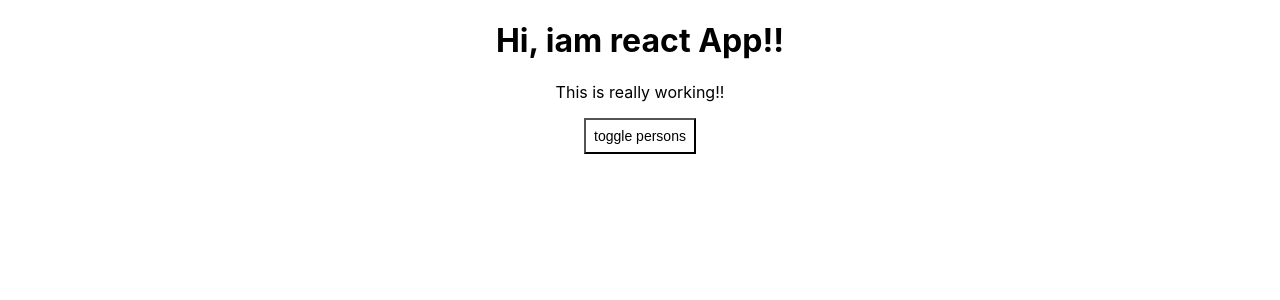
Repository: RohitMalik2/Rohit_react
Page: /
The author's editor kept a copy of each file at every save. The page is drawn from the files as they stood at one save, then again after the next save.
The browser window is 1280 px wide. The pictures show the whole page.
The project was rebuilt for these pictures with package versions that can differ from the ones it lists, and the page was loaded fresh each time. Also part of the build but not shown: src/Person/Person.js.

Above is the page before, as saved 2019-11-27 08:26:26.

### src/App.js
import React, { Component } from 'react';
import logo from './logo.svg';
import './App.css';
import Person from './Person/Person'

class App extends Component {

  state = {
    persons: [
      { id: '1', name: 'Max', age: 28 },
      { id: '11', name: 'Max2', age: 29 },
      { id: '12', name: 'mAX3', age: 30 }
    ],
    otherState: 'some other state',
    showPersons: false
  }

  deletePersonHandler = (index) => {
    const persons = this.state.persons;
    persons.splice(index, 1);
    this.setState({ persons: persons });
  }

  togglePersonsHandler = () => {
    const currentState = this.state.showPersons;
    this.setState({ showPersons: !currentState });
  }

  nameChangedHandler = (event, id) => {
    const personIndex = this.state.persons.findIndex(person => {
      return id === person.id;
    });
    const changedPerson = { ...this.state.persons[personIndex] }; // deep copy or Object.assign({}, this.state.persons[personIndex])
    changedPerson.name = event.target.value;
    const persons = [...this.state.persons];
    persons[personIndex] = changedPerson;
    this.setState({
      persons: persons
    });
  }
  render() {
    const style = {
      fontSize: '14px',
      backgroundColor: 'White',
      border: '1px soild blue',
      padding: '8px'
    };

    let persons = null;
    if (this.state.showPersons) {
      persons = (
        <div>
          {/* iterating through a list of items */}
          {this.state.persons.map((person, index) => {
            return <Person
              click={() => this.deletePersonHandler(index)}
              name={person.name}
              age={person.age}
              key={person.id}
              changed={(event) => this.nameChangedHandler(event, person.id)} />;
          })}

          {/*  <Person
            name={this.state.persons[0].name}
            age={this.state.persons[0].age} />
          <Person
            name={this.state.persons[1].name}
            age={this.state.persons[1].age} />
          <Person
            name={this.state.persons[2].name}
            age={this.state.persons[2].age} /> */}
        </div>
      );
    }
    return (
      <div className="App">
        <h1>Hi, iam react App!!</h1>
        <p>This is really working!!</p>
        <button style={style} onClick={this.togglePersonsHandler}>toggle persons</button>
        {persons}
      </div>
    );
  };

}

export default App;

Loaded but not shown: public/index.html (common file); src/index.js (common file); src/index.css (common file); src/serviceWorker.js (common file); src/App.css (common file)

After the next save:
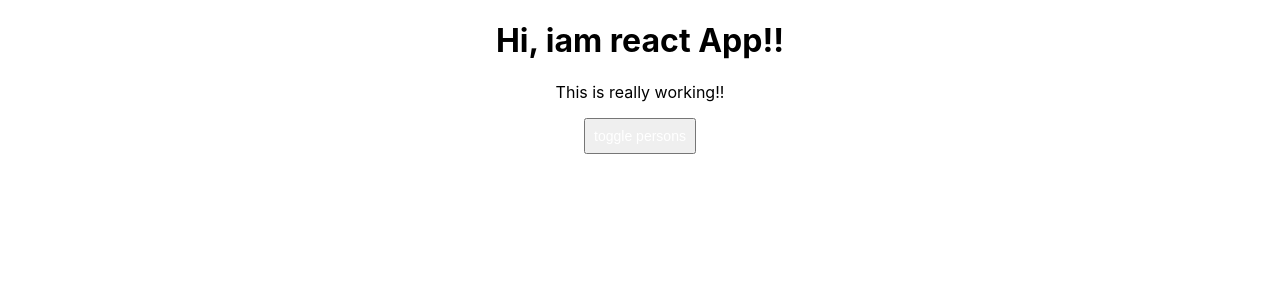
Saved 23 h 22 min later.
--- a/src/App.js
+++ b/src/App.js
@@ -41,7 +41,8 @@ class App extends Component {
   render() {
     const style = {
       fontSize: '14px',
-      backgroundColor: 'White',
+      backgroundColor: 'greeen',
+      color: '#ffffff',
       border: '1px soild blue',
       padding: '8px'
     };
